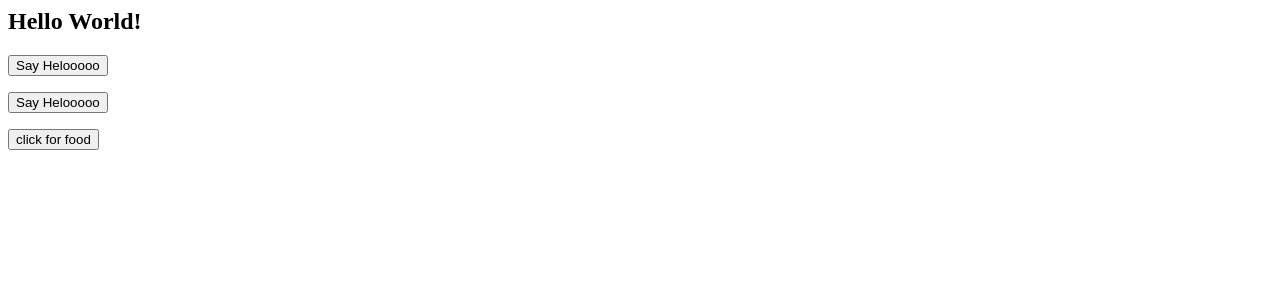
Repository: PuneethXworkz/core-java
Page: http://localhost/springmvc_app/
These files come from the project's save history. The page is drawn as it stood at one moment and after the next save; the edit follows.
The browser window is 1280 px wide. The pictures show the whole page.
The page is served by Tomcat 9. Nobody is signed in. The application's start-up code is not run. Other server files are loaded and not shown.

Above is the page before, as saved 2022-11-01 05:10:05.

### springmvc_app/src/main/webapp/index.jsp
<html>
<body>
<h2>Hello World!</h2>
<form action="hello" >
<pre>
<input type="submit" value="Say Helooooo">
</pre>
</form>

<form action="savehello" >
<pre>
<input type="submit" value="Say Helooooo">
</pre>
</form>

<form action="getfood" >
<pre>
<input type="submit" value="click for food">
</pre>
</form>
</body>
</html>

After the next save:
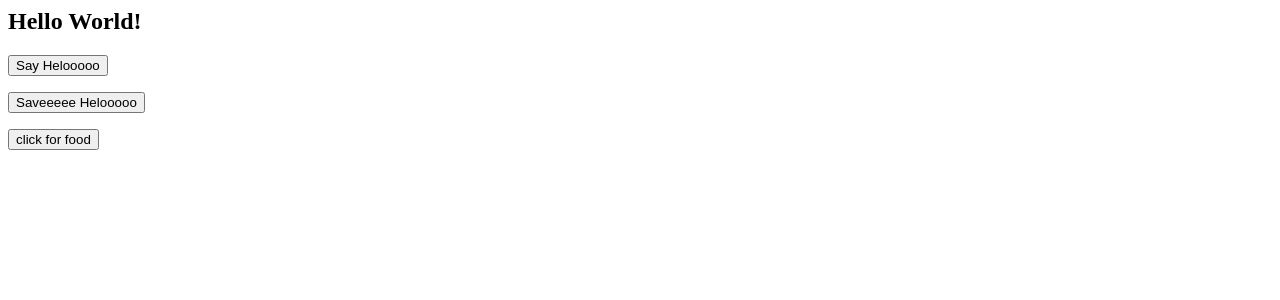
Saved 4 min 57 s later.
--- a/springmvc_app/src/main/webapp/index.jsp
+++ b/springmvc_app/src/main/webapp/index.jsp
@@ -9,7 +9,7 @@
 
 <form action="savehello" >
 <pre>
-<input type="submit" value="Say Helooooo">
+<input type="submit" value="Saveeeee Helooooo">
 </pre>
 </form>
 
